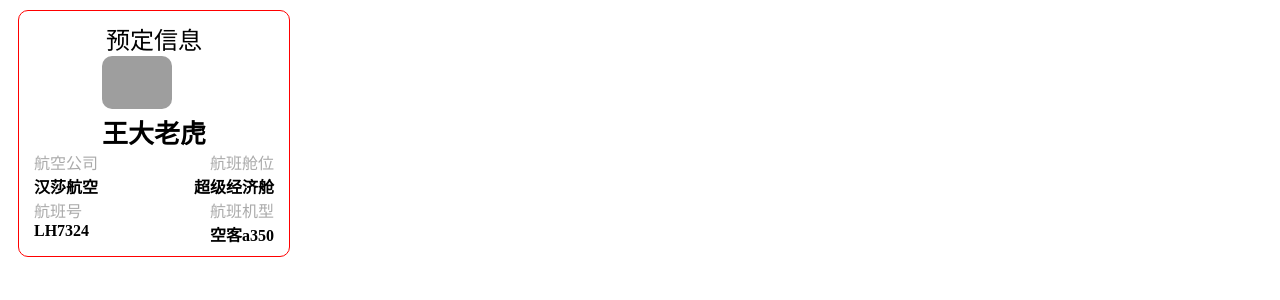
Repository: xzm1997/react-learning
Page: /
These files come from the project's save history. The page is drawn as it stood at one moment and after the next save; the edit follows.
The browser window is 1280 px wide. The pictures show the whole page.
Pictures or frames that could not be fetched are drawn as grey boxes. The project was rebuilt for these pictures with package versions that can differ from the ones it lists, and the page was loaded fresh each time.

Above is the page before, as saved 2023-01-31 10:40:50.

After the next save:
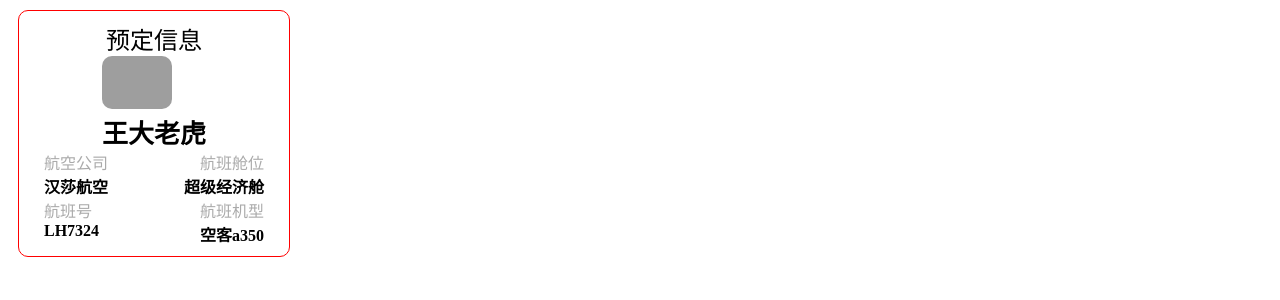
Saved 4 s later.
--- a/src/index.css
+++ b/src/index.css
@@ -37,7 +37,7 @@
 }
 
 .infoItem {
-  width: 120px;
+  width: 110px;
 }
 
 .rightSide {
